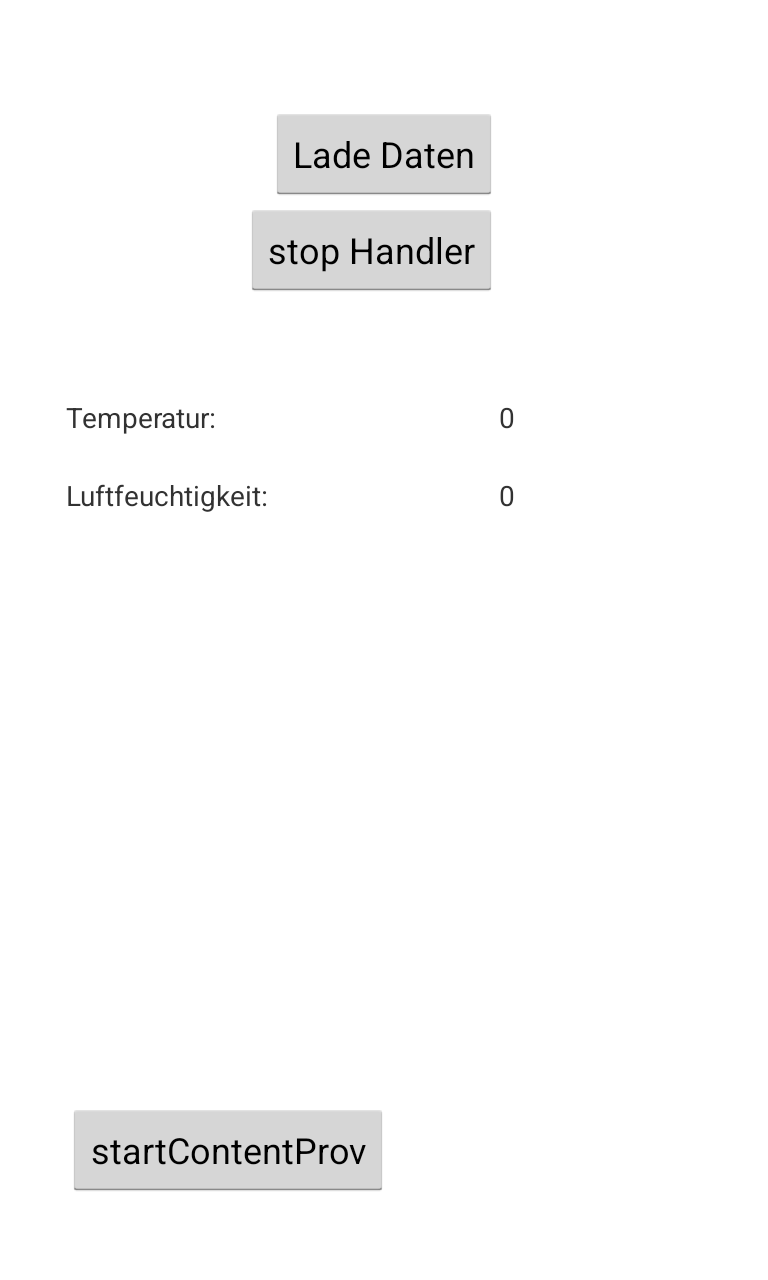
Repository: Fabbinde/Greenhouse
Layout: GreenHouseAppNew2015/res/layout/activity_main.xml
An editor plug-in stored every save of this project. The layout is shown before and after the next save, followed by the edit.
It is drawn on a 768 x 1280 px phone screen (xhdpi) without system bars, with theme AppTheme; the app's code is not run.

Above is the layout before, as saved 2015-01-12 23:25:16.

After the next save:
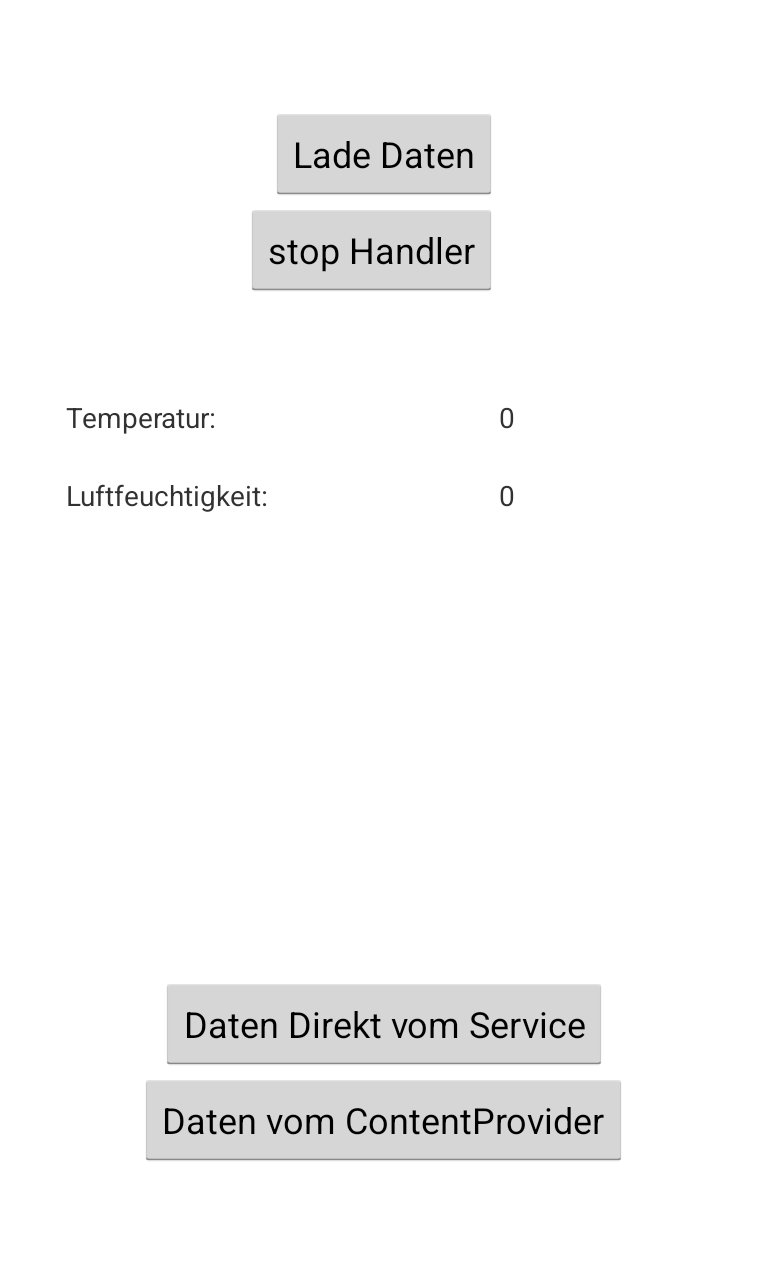
Saved 22 h 44 min later.
--- a/GreenHouseAppNew2015/res/layout/activity_main.xml
+++ b/GreenHouseAppNew2015/res/layout/activity_main.xml
@@ -61,12 +61,20 @@
         android:text="stop Handler" />
 
     <Button
+        android:id="@+id/buttonStartDirectFromService"
+        android:layout_width="wrap_content"
+        android:layout_height="wrap_content"
+        android:layout_above="@+id/buttonStartContentProvider"
+        android:layout_centerHorizontal="true"
+        android:text="Daten Direkt vom Service" />
+
+    <Button
         android:id="@+id/buttonStartContentProvider"
         android:layout_width="wrap_content"
         android:layout_height="wrap_content"
-        android:layout_alignLeft="@+id/textView2"
         android:layout_alignParentBottom="true"
-        android:layout_marginBottom="25dp"
-        android:text="startContentProv" />
+        android:layout_centerHorizontal="true"
+        android:layout_marginBottom="40dp"
+        android:text="Daten vom ContentProvider" />
 
 </RelativeLayout>
